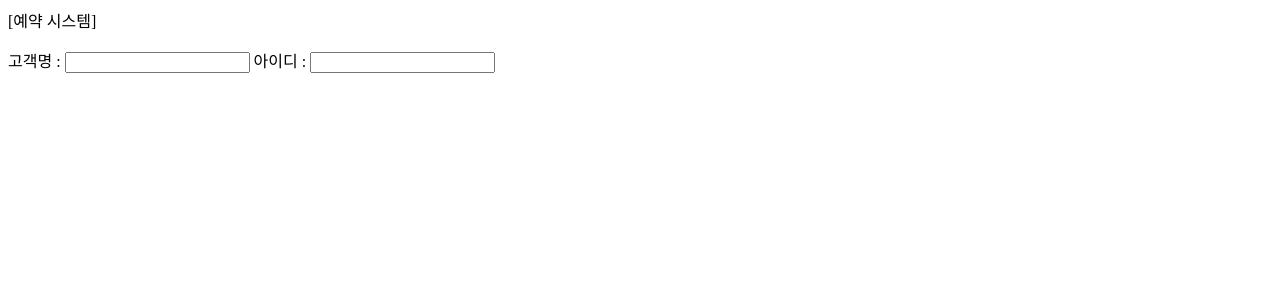
Repository: mnemion/BackendClass
Page: http://localhost/web/m/reserve.jsp
The author's editor kept a copy of each file at every save. The page is drawn from the files as they stood at one save, then again after the next save.
The browser window is 1280 px wide. The pictures show the whole page.
The page is served by Tomcat 9. Other server files are loaded and not shown.

Above is the page before, as saved 2023-08-31 06:39:57.

### web/src/main/webapp/m/reserve.jsp
<%@ page language="java" contentType="text/html; charset=UTF-8"
    pageEncoding="UTF-8"%>
<div>
<p>[예약 시스템]</p>
고객명 : <input type="text" name="pname" readonly="readonly">
아이디 : <input type="text" name="pid" readonly="readonly">

</div>

After the next save:
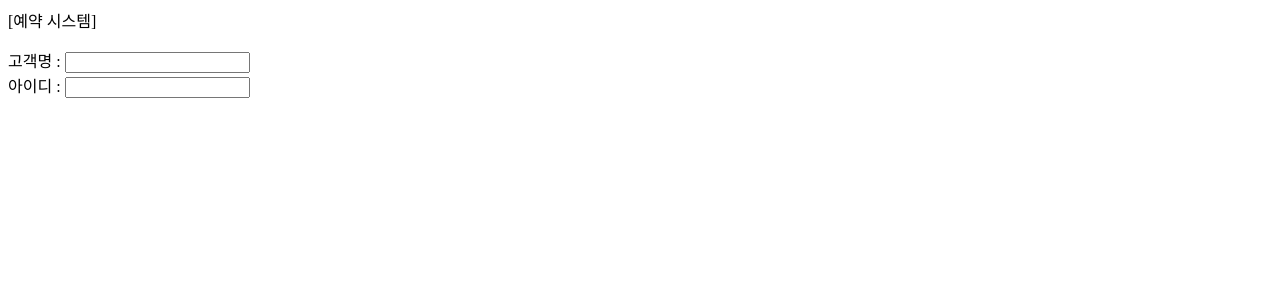
Saved 5 s later.
--- a/web/src/main/webapp/m/reserve.jsp
+++ b/web/src/main/webapp/m/reserve.jsp
@@ -2,7 +2,7 @@
     pageEncoding="UTF-8"%>
 <div>
 <p>[예약 시스템]</p>
-고객명 : <input type="text" name="pname" readonly="readonly">
-아이디 : <input type="text" name="pid" readonly="readonly">
+고객명 : <input type="text" name="pname" readonly="readonly"><br>
+아이디 : <input type="text" name="pid" readonly="readonly"><br>
 
 </div>
